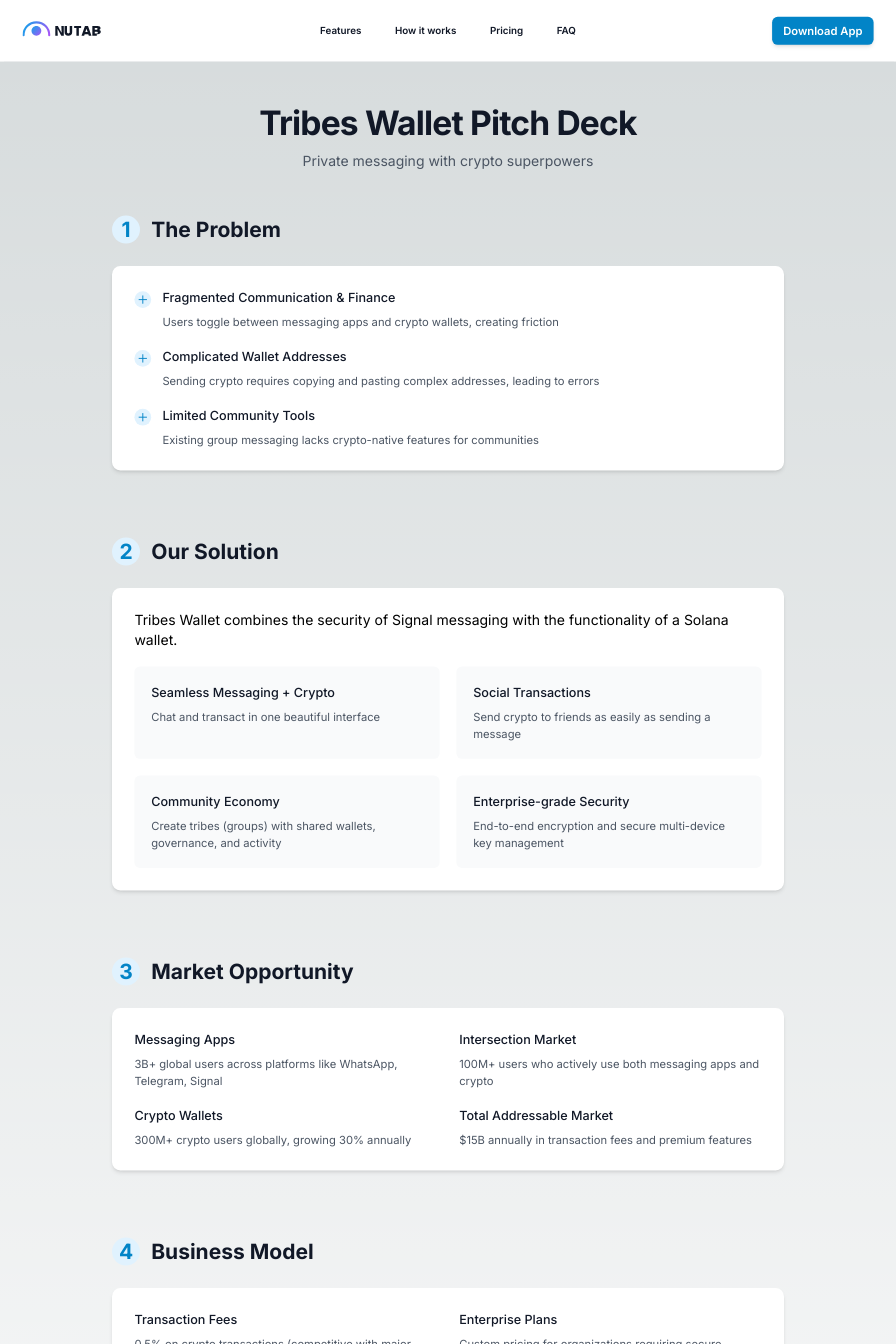
Repository: ai-tribes/tribeswallet
Page: /pitch
The author's editor kept a copy of each file at every save. The page is drawn from the files as they stood at one save, then again after the next save.
The browser window is 1280 px wide. The pictures show the part of the page from y = 0 to 1920 px (the page is 2816 px tall), at 70% of full size.
The project was rebuilt for these pictures with package versions that can differ from the ones it lists, and the page was loaded fresh each time. The framework's server and built-in components were replaced by stand-ins that run in the browser. Also part of the build but not shown: next.config.js.

Above is the page before, as saved 2025-03-30 17:46:47.

### src/pages/_app.tsx
import '@/styles/globals.css'
import type { AppProps } from 'next/app'
import { Inter } from 'next/font/google'

const inter = Inter({ subsets: ['latin'] })

export default function App({ Component, pageProps }: AppProps) {
  return (
    <main className={inter.className}>
      <Component {...pageProps} />
    </main>
  )
}

### src/pages/_document.tsx
import { Html, Head, Main, NextScript } from 'next/document'

export default function Document() {
  return (
    <Html lang="en">
      <Head>
        <link rel="icon" href="/favicon.ico" />
        <link rel="apple-touch-icon" href="/tribes-wallet-logo.svg" />
        <meta name="theme-color" content="#000000" />
      </Head>
      <body>
        <Main />
        <NextScript />
      </body>
    </Html>
  )
}

### src/pages/pitch.tsx
import Head from 'next/head';
import Link from 'next/link';
import Image from 'next/image';
import Header from '@/components/Header';
import Footer from '@/components/Footer';

export default function PitchDeck() {
  return (
    <>
      <Head>
        <title>Tribes Wallet | Pitch Deck</title>
        <meta name="description" content="Tribes Wallet pitch deck - The secure messaging app with integrated cryptocurrency wallet." />
        <meta name="viewport" content="width=device-width, initial-scale=1" />
        <link rel="icon" href="/favicon.svg" />
      </Head>

      <div className="min-h-screen">
        <Header />

        <main className="py-16">
          <div className="max-w-5xl mx-auto px-4 sm:px-6 lg:px-8">
            <div className="text-center mb-16">
              <h1 className="text-4xl font-bold tracking-tight text-gray-900 sm:text-5xl">
                Tribes Wallet Pitch Deck
              </h1>
              <p className="mt-4 text-xl text-gray-600">
                Private messaging with crypto superpowers
              </p>
            </div>

            {/* Pitch Deck Content */}
            <div className="space-y-24">
              {/* The Problem */}
              <section>
                <h2 className="text-3xl font-bold text-gray-900 mb-8 flex items-center">
                  <span className="flex items-center justify-center w-10 h-10 rounded-full bg-primary-100 text-primary-600 mr-4">1</span>
                  The Problem
                </h2>
                <div className="bg-white rounded-xl shadow-md overflow-hidden">
                  <div className="p-8">
                    <ul className="space-y-6">
                      <li className="flex items-start">
                        <div className="flex-shrink-0 h-6 w-6 mt-1 flex items-center justify-center rounded-full bg-primary-100 text-primary-600">
                          <svg className="h-4 w-4" xmlns="http://www.w3.org/2000/svg" fill="none" viewBox="0 0 24 24" stroke="currentColor">
                            <path strokeLinecap="round" strokeLinejoin="round" strokeWidth={2} d="M12 4v16m8-8H4" />
                          </svg>
                        </div>
                        <div className="ml-4">
                          <h3 className="text-lg font-medium text-gray-900">Fragmented Communication & Finance</h3>
                          <p className="mt-2 text-gray-600">Users toggle between messaging apps and crypto wallets, creating friction</p>
                        </div>
                      </li>
                      <li className="flex items-start">
                        <div className="flex-shrink-0 h-6 w-6 mt-1 flex items-center justify-center rounded-full bg-primary-100 text-primary-600">
                          <svg className="h-4 w-4" xmlns="http://www.w3.org/2000/svg" fill="none" viewBox="0 0 24 24" stroke="currentColor">
                            <path strokeLinecap="round" strokeLinejoin="round" strokeWidth={2} d="M12 4v16m8-8H4" />
                          </svg>
                        </div>
                        <div className="ml-4">
                          <h3 className="text-lg font-medium text-gray-900">Complicated Wallet Addresses</h3>
                          <p className="mt-2 text-gray-600">Sending crypto requires copying and pasting complex addresses, leading to errors</p>
                        </div>
                      </li>
                      <li className="flex items-start">
                        <div className="flex-shrink-0 h-6 w-6 mt-1 flex items-center justify-center rounded-full bg-primary-100 text-primary-600">
                          <svg className="h-4 w-4" xmlns="http://www.w3.org/2000/svg" fill="none" viewBox="0 0 24 24" stroke="currentColor">
                            <path strokeLinecap="round" strokeLinejoin="round" strokeWidth={2} d="M12 4v16m8-8H4" />
                          </svg>
                        </div>
                        <div className="ml-4">
                          <h3 className="text-lg font-medium text-gray-900">Limited Community Tools</h3>
                          <p className="mt-2 text-gray-600">Existing group messaging lacks crypto-native features for communities</p>
                        </div>
                      </li>
                    </ul>
                  </div>
                </div>
              </section>

              {/* Our Solution */}
              <section>
                <h2 className="text-3xl font-bold text-gray-900 mb-8 flex items-center">
                  <span className="flex items-center justify-center w-10 h-10 rounded-full bg-primary-100 text-primary-600 mr-4">2</span>
                  Our Solution
                </h2>
                <div className="bg-white rounded-xl shadow-md overflow-hidden">
                  <div className="p-8">
                    <p className="text-xl mb-6">Tribes Wallet combines the security of Signal messaging with the functionality of a Solana wallet.</p>
                    <div className="grid grid-cols-1 sm:grid-cols-2 gap-6">
                      <div className="bg-gray-50 p-6 rounded-lg">
                        <h3 className="text-lg font-medium text-gray-900 mb-2">Seamless Messaging + Crypto</h3>
                        <p className="text-gray-600">Chat and transact in one beautiful interface</p>
                      </div>
                      <div className="bg-gray-50 p-6 rounded-lg">
                        <h3 className="text-lg font-medium text-gray-900 mb-2">Social Transactions</h3>
                        <p className="text-gray-600">Send crypto to friends as easily as sending a message</p>
                      </div>
                      <div className="bg-gray-50 p-6 rounded-lg">
                        <h3 className="text-lg font-medium text-gray-900 mb-2">Community Economy</h3>
                        <p className="text-gray-600">Create tribes (groups) with shared wallets, governance, and activity</p>
                      </div>
                      <div className="bg-gray-50 p-6 rounded-lg">
                        <h3 className="text-lg font-medium text-gray-900 mb-2">Enterprise-grade Security</h3>
                        <p className="text-gray-600">End-to-end encryption and secure multi-device key management</p>
                      </div>
                    </div>
                  </div>
                </div>
              </section>

              {/* Market Opportunity */}
              <section>
                <h2 className="text-3xl font-bold text-gray-900 mb-8 flex items-center">
                  <span className="flex items-center justify-center w-10 h-10 rounded-full bg-primary-100 text-primary-600 mr-4">3</span>
                  Market Opportunity
                </h2>
                <div className="bg-white rounded-xl shadow-md overflow-hidden">
                  <div className="p-8">
                    <div className="grid grid-cols-1 md:grid-cols-2 gap-8">
                      <div className="space-y-6">
                        <div>
                          <h3 className="text-lg font-medium text-gray-900 mb-2">Messaging Apps</h3>
                          <p className="text-gray-600">3B+ global users across platforms like WhatsApp, Telegram, Signal</p>
                        </div>
                        <div>
                          <h3 className="text-lg font-medium text-gray-900 mb-2">Crypto Wallets</h3>
                          <p className="text-gray-600">300M+ crypto users globally, growing 30% annually</p>
                        </div>
                      </div>
                      <div className="space-y-6">
                        <div>
                          <h3 className="text-lg font-medium text-gray-900 mb-2">Intersection Market</h3>
                          <p className="text-gray-600">100M+ users who actively use both messaging apps and crypto</p>
                        </div>
                        <div>
                          <h3 className="text-lg font-medium text-gray-900 mb-2">Total Addressable Market</h3>
                          <p className="text-gray-600">$15B annually in transaction fees and premium features</p>
                        </div>
                      </div>
                    </div>
                  </div>
                </div>
              </section>

              {/* Business Model */}
              <section>
                <h2 className="text-3xl font-bold text-gray-900 mb-8 flex items-center">
                  <span className="flex items-center justify-center w-10 h-10 rounded-full bg-primary-100 text-primary-600 mr-4">4</span>
                  Business Model
                </h2>
                <div className="bg-white rounded-xl shadow-md overflow-hidden">
                  <div className="p-8">
                    <div className="grid grid-cols-1 md:grid-cols-2 gap-8">
                      <div className="space-y-6">
                        <div>
                          <h3 className="text-lg font-medium text-gray-900 mb-2">Transaction Fees</h3>
                          <p className="text-gray-600">0.5% on crypto transactions (competitive with major exchanges)</p>
                        </div>
                        <div>
                          <h3 className="text-lg font-medium text-gray-900 mb-2">Premium Features</h3>
                          <p className="text-gray-600">$4.99/month for enhanced storage, custom tribes, and advanced analytics</p>
                        </div>
                      </div>
                      <div className="space-y-6">
                        <div>
                          <h3 className="text-lg font-medium text-gray-900 mb-2">Enterprise Plans</h3>
                          <p className="text-gray-600">Custom pricing for organizations requiring secure messaging with treasury management</p>
                        </div>
                        <div>
                          <h3 className="text-lg font-medium text-gray-900 mb-2">Protocol Growth</h3>
                          <p className="text-gray-600">Long-term value accrual through the TRIBE token ecosystem</p>
                        </div>
                      </div>
                    </div>
                  </div>
                </div>
              </section>

              {/* Next Steps */}
              <section>
                <h2 className="text-3xl font-bold text-gray-900 mb-8 flex items-center">
                  <span className="flex items-center justify-center w-10 h-10 rounded-full bg-primary-100 text-primary-600 mr-4">5</span>
                  Next Steps
                </h2>
                <div className="bg-gradient-to-br from-primary-600 to-secondary-600 rounded-xl shadow-md overflow-hidden text-white">
                  <div className="p-8">
                    <p className="text-xl mb-6">Ready to join us on this journey?</p>
                    <div className="grid grid-cols-1 sm:grid-cols-2 gap-6">
                      <Link href="/download" className="bg-white bg-opacity-20 backdrop-blur-sm p-6 rounded-lg hover:bg-opacity-30 transition-colors">
                        <h3 className="text-lg font-medium text-white mb-2">Download the App</h3>
                        <p className="text-white text-opacity-80">Try Tribes Wallet on your preferred device</p>
                      </Link>
                      <a href="mailto:investors@tribeswallet.com" className="bg-white bg-opacity-20 backdrop-blur-sm p-6 rounded-lg hover:bg-opacity-30 transition-colors">
                        <h3 className="text-lg font-medium text-white mb-2">Connect with Us</h3>
                        <p className="text-white text-opacity-80">Learn more about investment opportunities</p>
                      </a>
                    </div>
                  </div>
                </div>
              </section>
            </div>

            <div className="mt-16 text-center">
              <Link href="/" className="inline-flex items-center text-primary-600 hover:text-primary-800">
                <svg className="h-5 w-5 mr-2" xmlns="http://www.w3.org/2000/svg" fill="none" viewBox="0 0 24 24" stroke="currentColor">
                  <path strokeLinecap="round" strokeLinejoin="round" strokeWidth={2} d="M10 19l-7-7m0 0l7-7m-7 7h18" />
                </svg>
                Back to Home
              </Link>
            </div>
          </div>
        </main>

        <Footer />
      </div>
    </>
  );
}

### src/styles/globals.css
@tailwind base;
@tailwind components;
@tailwind utilities;

:root {
  --foreground-rgb: 0, 0, 0;
  --background-start-rgb: 214, 219, 220;
  --background-end-rgb: 255, 255, 255;
}

@media (prefers-color-scheme: dark) {
  :root {
    --foreground-rgb: 255, 255, 255;
    --background-start-rgb: 0, 0, 0;
    --background-end-rgb: 0, 0, 0;
  }
}

body {
  color: rgb(var(--foreground-rgb));
  background: linear-gradient(
      to bottom,
      transparent,
      rgb(var(--background-end-rgb))
    )
    rgb(var(--background-start-rgb));
}

@layer components {
  .btn-primary {
    @apply py-2 px-4 bg-primary-600 text-white font-semibold rounded-lg shadow-md hover:bg-primary-700 focus:outline-none focus:ring-2 focus:ring-primary-500 focus:ring-opacity-75;
  }

  .btn-secondary {
    @apply py-2 px-4 bg-secondary-600 text-white font-semibold rounded-lg shadow-md hover:bg-secondary-700 focus:outline-none focus:ring-2 focus:ring-secondary-500 focus:ring-opacity-75;
  }
}

### src/components/Header.tsx
import { useState } from 'react';
import Link from 'next/link';
import Image from 'next/image';
import { Bars3Icon, XMarkIcon } from '@heroicons/react/24/outline';

const navigation = [
  { name: 'Features', href: '#features' },
  { name: 'How it works', href: '#how-it-works' },
  { name: 'Pricing', href: '#pricing' },
  { name: 'FAQ', href: '#faq' },
];

export default function Header() {
  const [mobileMenuOpen, setMobileMenuOpen] = useState(false);

  return (
    <header className="bg-white shadow-sm">
      <nav className="mx-auto flex max-w-7xl items-center justify-between p-6 lg:px-8" aria-label="Global">
        <div className="flex lg:flex-1">
          <Link href="/" className="-m-1.5 p-1.5">
            <span className="sr-only">Tribes Wallet</span>
            <div className="flex items-center">
              <Image src="/logo.svg" alt="Tribes Wallet Logo" width={120} height={40} priority />
            </div>
          </Link>
        </div>

        <div className="flex lg:hidden">
          <button
            type="button"
            className="-m-2.5 inline-flex items-center justify-center rounded-md p-2.5 text-gray-700"
            onClick={() => setMobileMenuOpen(true)}
          >
            <span className="sr-only">Open main menu</span>
            <Bars3Icon className="h-6 w-6" aria-hidden="true" />
          </button>
        </div>

        <div className="hidden lg:flex lg:gap-x-12">
          {navigation.map((item) => (
            <a key={item.name} href={item.href} className="text-sm font-semibold leading-6 text-gray-900 hover:text-primary-600">
              {item.name}
            </a>
          ))}
        </div>

        <div className="hidden lg:flex lg:flex-1 lg:justify-end">
          <Link href="/download" className="btn-primary">
            Download App
          </Link>
        </div>
      </nav>

      {/* Mobile menu, show/hide based on menu open state */}
      <div className={`lg:hidden ${mobileMenuOpen ? 'block' : 'hidden'}`}>
        <div className="fixed inset-0 z-50" />
        <div className="fixed inset-y-0 right-0 z-50 w-full overflow-y-auto bg-white px-6 py-6 sm:max-w-sm sm:ring-1 sm:ring-gray-900/10">
          <div className="flex items-center justify-between">
            <Link href="/" className="-m-1.5 p-1.5">
              <span className="sr-only">Tribes Wallet</span>
              <div className="flex items-center">
                <Image src="/logo.svg" alt="Tribes Wallet Logo" width={120} height={40} priority />
              </div>
            </Link>
            <button
              type="button"
              className="-m-2.5 rounded-md p-2.5 text-gray-700"
              onClick={() => setMobileMenuOpen(false)}
            >
              <span className="sr-only">Close menu</span>
              <XMarkIcon className="h-6 w-6" aria-hidden="true" />
            </button>
          </div>
          <div className="mt-6 flow-root">
            <div className="-my-6 divide-y divide-gray-500/10">
              <div className="space-y-2 py-6">
                {navigation.map((item) => (
                  <a
                    key={item.name}
                    href={item.href}
                    className="-mx-3 block rounded-lg px-3 py-2 text-base font-semibold leading-7 text-gray-900 hover:bg-gray-50"
                    onClick={() => setMobileMenuOpen(false)}
                  >
                    {item.name}
                  </a>
                ))}
              </div>
              <div className="py-6">
                <Link
                  href="/download"
                  className="-mx-3 block rounded-lg px-3 py-2.5 text-base font-semibold leading-7 text-gray-900 hover:bg-gray-50"
                  onClick={() => setMobileMenuOpen(false)}
                >
                  Download App
                </Link>
              </div>
            </div>
          </div>
        </div>
      </div>
    </header>
  );
}

### src/components/Footer.tsx
import Link from 'next/link';

const navigation = {
  main: [
    { name: 'Home', href: '/' },
    { name: 'Features', href: '#features' },
    { name: 'Download', href: '/download' },
    { name: 'FAQ', href: '#faq' },
    { name: 'Privacy', href: '/privacy' },
    { name: 'Terms', href: '/terms' },
  ],
  social: [
    {
      name: 'Twitter',
      href: '#',
      icon: (props: any) => (
        <svg fill="currentColor" viewBox="0 0 24 24" {...props}>
          <path d="M8.29 20.251c7.547 0 11.675-6.253 11.675-11.675 0-.178 0-.355-.012-.53A8.348 8.348 0 0022 5.92a8.19 8.19 0 01-2.357.646 4.118 4.118 0 001.804-2.27 8.224 8.224 0 01-2.605.996 4.107 4.107 0 00-6.993 3.743 11.65 11.65 0 01-8.457-4.287 4.106 4.106 0 001.27 5.477A4.072 4.072 0 012.8 9.713v.052a4.105 4.105 0 003.292 4.022 4.095 4.095 0 01-1.853.07 4.108 4.108 0 003.834 2.85A8.233 8.233 0 012 18.407a11.616 11.616 0 006.29 1.84" />
        </svg>
      ),
    },
    {
      name: 'GitHub',
      href: '#',
      icon: (props: any) => (
        <svg fill="currentColor" viewBox="0 0 24 24" {...props}>
          <path
            fillRule="evenodd"
            d="M12 2C6.477 2 2 6.484 2 12.017c0 4.425 2.865 8.18 6.839 9.504.5.092.682-.217.682-.483 0-.237-.008-.868-.013-1.703-2.782.605-3.369-1.343-3.369-1.343-.454-1.158-1.11-1.466-1.11-1.466-.908-.62.069-.608.069-.608 1.003.07 1.531 1.032 1.531 1.032.892 1.53 2.341 1.088 2.91.832.092-.647.35-1.088.636-1.338-2.22-.253-4.555-1.113-4.555-4.951 0-1.093.39-1.988 1.029-2.688-.103-.253-.446-1.272.098-2.65 0 0 .84-.27 2.75 1.026A9.564 9.564 0 0112 6.844c.85.004 1.705.115 2.504.337 1.909-1.296 2.747-1.027 2.747-1.027.546 1.379.202 2.398.1 2.651.64.7 1.028 1.595 1.028 2.688 0 3.848-2.339 4.695-4.566 4.943.359.309.678.92.678 1.855 0 1.338-.012 2.419-.012 2.747 0 .268.18.58.688.482A10.019 10.019 0 0022 12.017C22 6.484 17.522 2 12 2z"
            clipRule="evenodd"
          />
        </svg>
      ),
    },
    {
      name: 'Discord',
      href: '#',
      icon: (props: any) => (
        <svg fill="currentColor" viewBox="0 0 24 24" {...props}>
          <path d="M20.317 4.37a19.791 19.791 0 00-4.885-1.515.074.074 0 00-.079.037c-.21.375-.444.864-.608 1.25a18.27 18.27 0 00-5.487 0 12.64 12.64 0 00-.617-1.25.077.077 0 00-.079-.037A19.736 19.736 0 003.677 4.37a.07.07 0 00-.032.027C.533 9.046-.32 13.58.099 18.057a.082.082 0 00.031.057 19.9 19.9 0 005.993 3.03.078.078 0 00.084-.028c.462-.63.874-1.295 1.226-1.994a.076.076 0 00-.041-.106 13.107 13.107 0 01-1.872-.892.077.077 0 01-.008-.128 10.2 10.2 0 00.372-.292.074.074 0 01.077-.01c3.928 1.793 8.18 1.793 12.062 0a.074.074 0 01.078.01c.12.098.246.198.373.292a.077.077 0 01-.006.127 12.299 12.299 0 01-1.873.892.077.077 0 00-.041.107c.36.698.772 1.362 1.225 1.993a.076.076 0 00.084.028 19.839 19.839 0 006.002-3.03.077.077 0 00.032-.054c.5-5.177-.838-9.674-3.549-13.66a.061.061 0 00-.031-.03zM8.02 15.33c-1.183 0-2.157-1.085-2.157-2.419 0-1.333.956-2.419 2.157-2.419 1.21 0 2.176 1.096 2.157 2.42 0 1.333-.956 2.418-2.157 2.418zm7.975 0c-1.183 0-2.157-1.085-2.157-2.419 0-1.333.955-2.419 2.157-2.419 1.21 0 2.176 1.096 2.157 2.42 0 1.333-.946 2.418-2.157 2.418z" />
        </svg>
      ),
    },
  ],
};

export default function Footer() {
  return (
    <footer className="bg-white">
      <div className="mx-auto max-w-7xl px-6 py-12 md:flex md:items-center md:justify-between lg:px-8">
        <div className="flex justify-center space-x-6 md:order-2">
          {navigation.social.map((item) => (
            <a key={item.name} href={item.href} className="text-gray-400 hover:text-gray-500">
              <span className="sr-only">{item.name}</span>
              <item.icon className="h-6 w-6" aria-hidden="true" />
            </a>
          ))}
        </div>
        <div className="mt-8 md:order-1 md:mt-0">
          <nav className="flex flex-wrap justify-center space-x-6 md:space-x-8">
            {navigation.main.map((item) => (
              <a key={item.name} href={item.href} className="text-sm leading-6 text-gray-600 hover:text-gray-900">
                {item.name}
              </a>
            ))}
          </nav>
          <p className="mt-8 text-center text-xs leading-5 text-gray-500">
            &copy; {new Date().getFullYear()} Tribes Wallet. All rights reserved.
          </p>
        </div>
      </div>
    </footer>
  );
}

Loaded but not shown: tailwind.config.js (41 lines, source omitted)

After the next save:
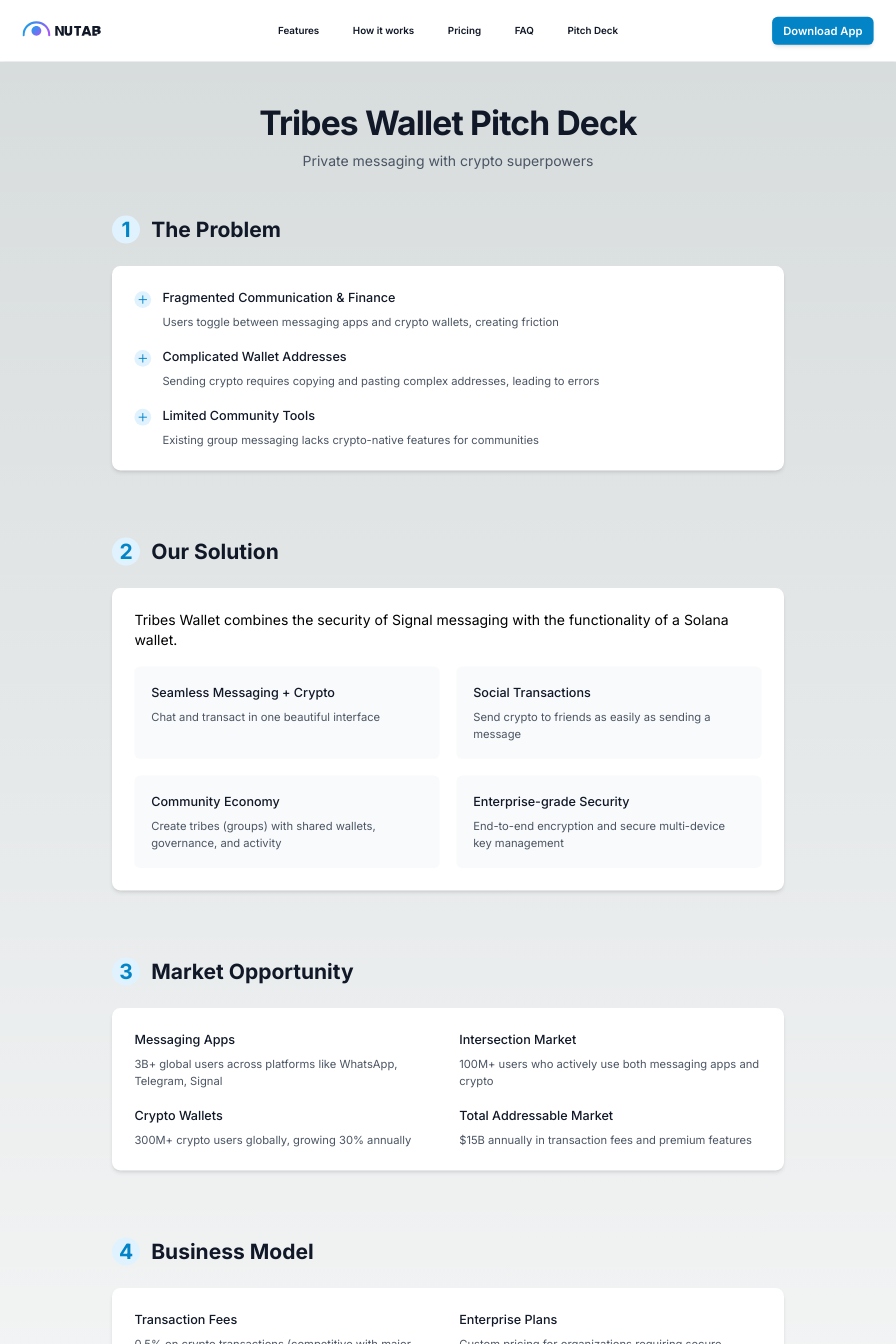
Saved 10 s later.
--- a/src/components/Header.tsx
+++ b/src/components/Header.tsx
@@ -8,6 +8,7 @@
   { name: 'How it works', href: '#how-it-works' },
   { name: 'Pricing', href: '#pricing' },
   { name: 'FAQ', href: '#faq' },
+  { name: 'Pitch Deck', href: '/pitch' },
 ];
 
 export default function Header() {
